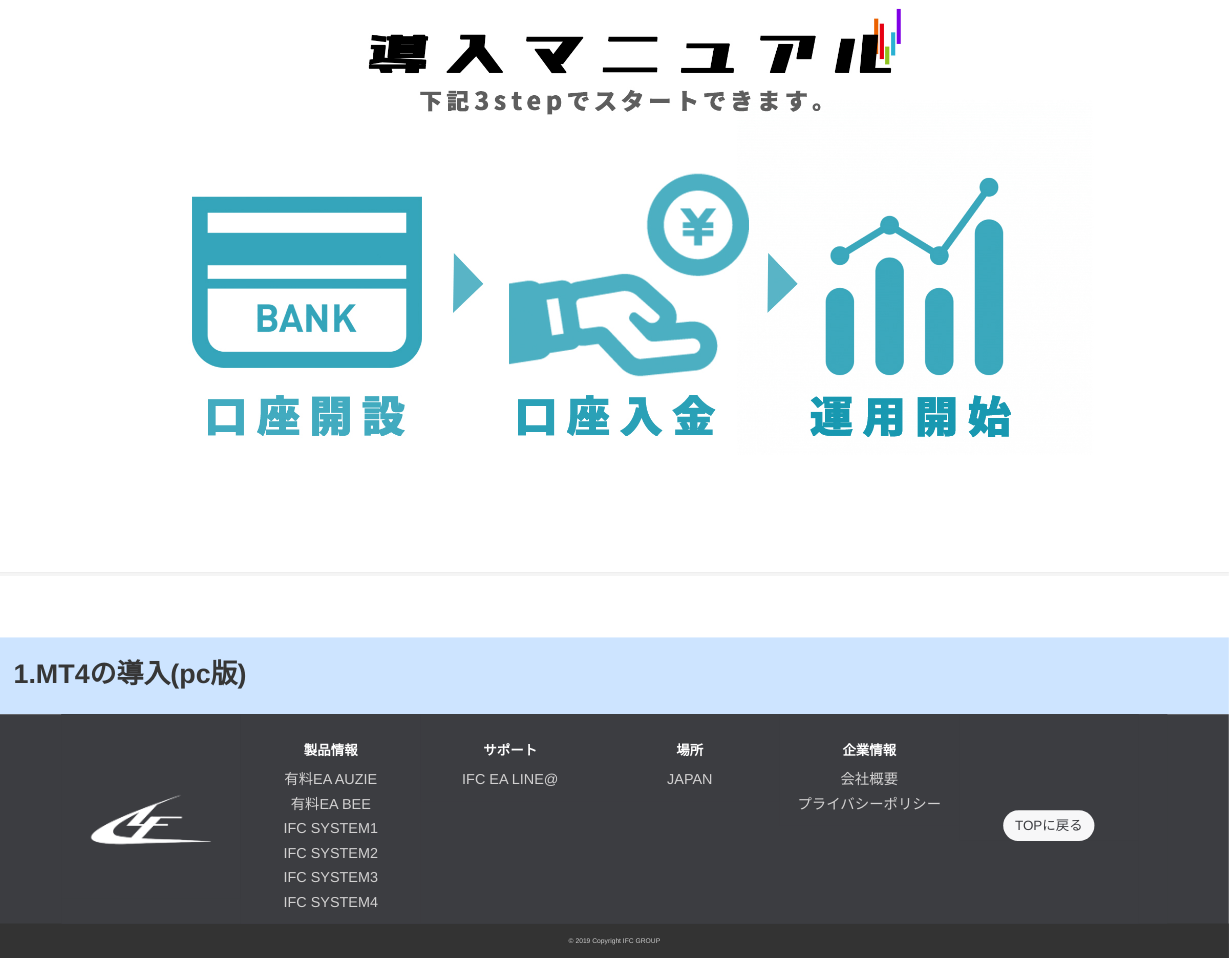
Repository: kkttuu1013/ProjectCeed
Page: http://localhost/start/4
The author's editor kept a record of every edit. The page is drawn from the files as they stood at one moment, then again after the next edit.
The browser window is 1280 px wide. The pictures show the whole page, at 96% of full size.
Some web libraries are served in a nearby version. The page is served by the project's Node server (server.js).

Above is the page before.
Console error: ReferenceError: jQuery is not defined

After the next edit:
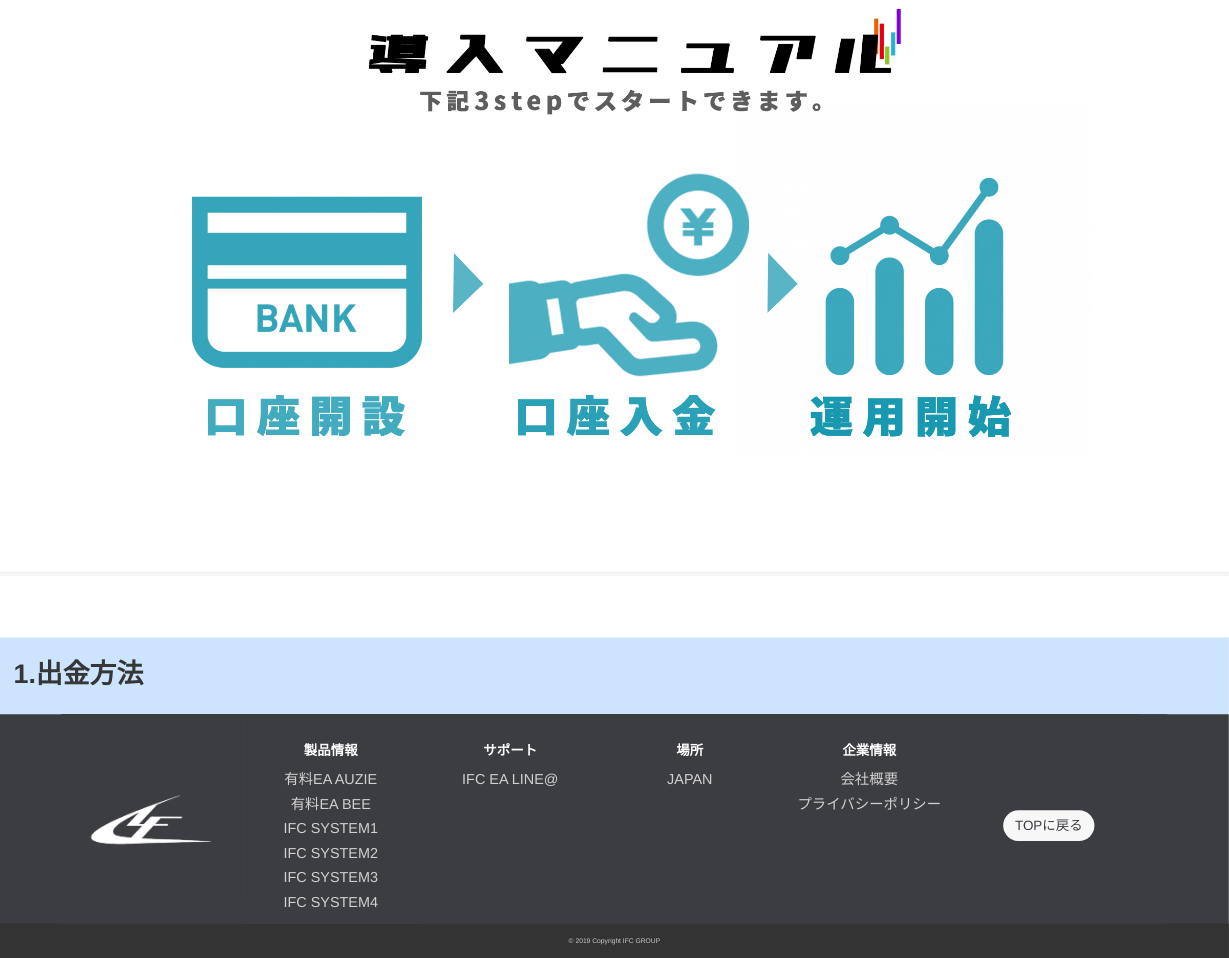
The edit:
--- a/views/back.ejs
+++ b/views/back.ejs
@@ -18,7 +18,7 @@
 
   <div class="wrapper2" >
      <p class="txt1">
-    <strong>1.MT4の導入(pc版)</strong><br>
+    <strong>1.出金方法</strong><br>
     </p>
     </div>
 
